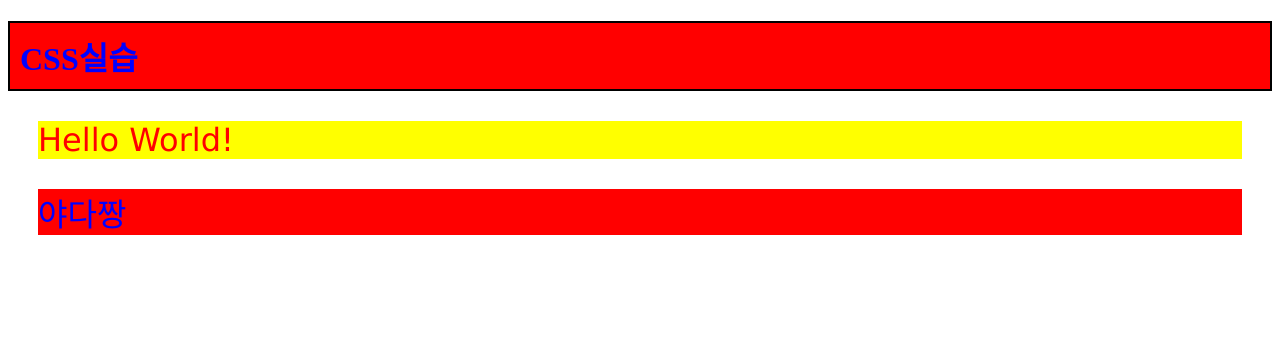
Repository: ashojm/WebWork
Page: Web/first.html
The author's editor kept a copy of each file at every save. The page is drawn from the files as they stood at one save, then again after the next save.
The browser window is 1280 px wide. The pictures show the whole page.

Above is the page before, as saved 2015-11-12 16:18:10.

### Web/first.html
<!DOCTYPE html>
<html>
	<head>
		<meta charset="UTF-8">
		<link rel="stylesheet" href="css/base.css"/>
		<title>제목입니다.</title>
	</head>
	<body>
		<h1>CSS실습</h1>
		<p>
			Hello World!
		</p>
		<p id="yada">
			야다짱
		</p>

	</body>
</html>

### Web/css/base.css
h1{color:#0000FF;font-family:serif;font-size:200%;background-color:red;border:2px solid black;padding:10px}
p {color:red;font-size:200%;font-family:Verdana;background-color:yellow;margin:30px}
p#yada {color:blue;background-color:red}

After the next save:
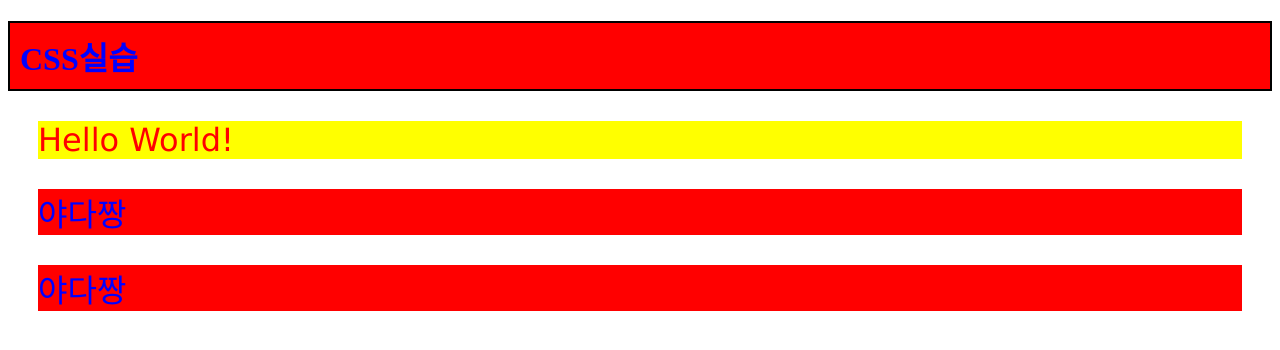
Saved 77 s later.
--- a/Web/first.html
+++ b/Web/first.html
@@ -13,6 +13,9 @@
 		<p id="yada">
 			야다짱
 		</p>
+		<p id="yada">
+			야다짱
+		</p>
 
 	</body>
 </html>
